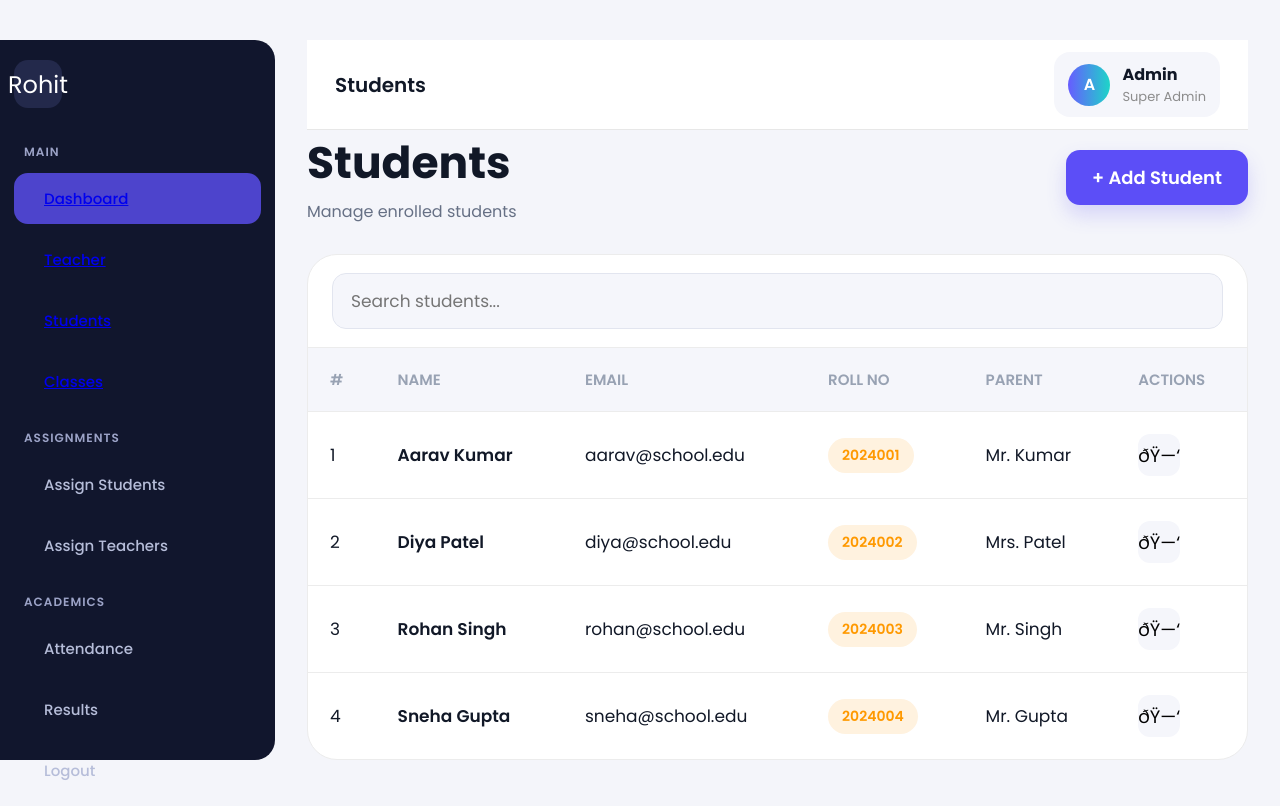
Repository: rohit-rk-07/school_management_system
Page: http://localhost/School_Management_System/student.jsp
These files come from the project's save history. The page is drawn as it stood at one moment and after the next save; the edit follows.
The browser window is 1280 px wide. The pictures show the whole page.
The page is served by Tomcat 10.

Above is the page before, as saved 2026-05-19 12:06:30.
Console error: TypeError: Cannot read properties of null (reading 'addEventListener')

After the next save:
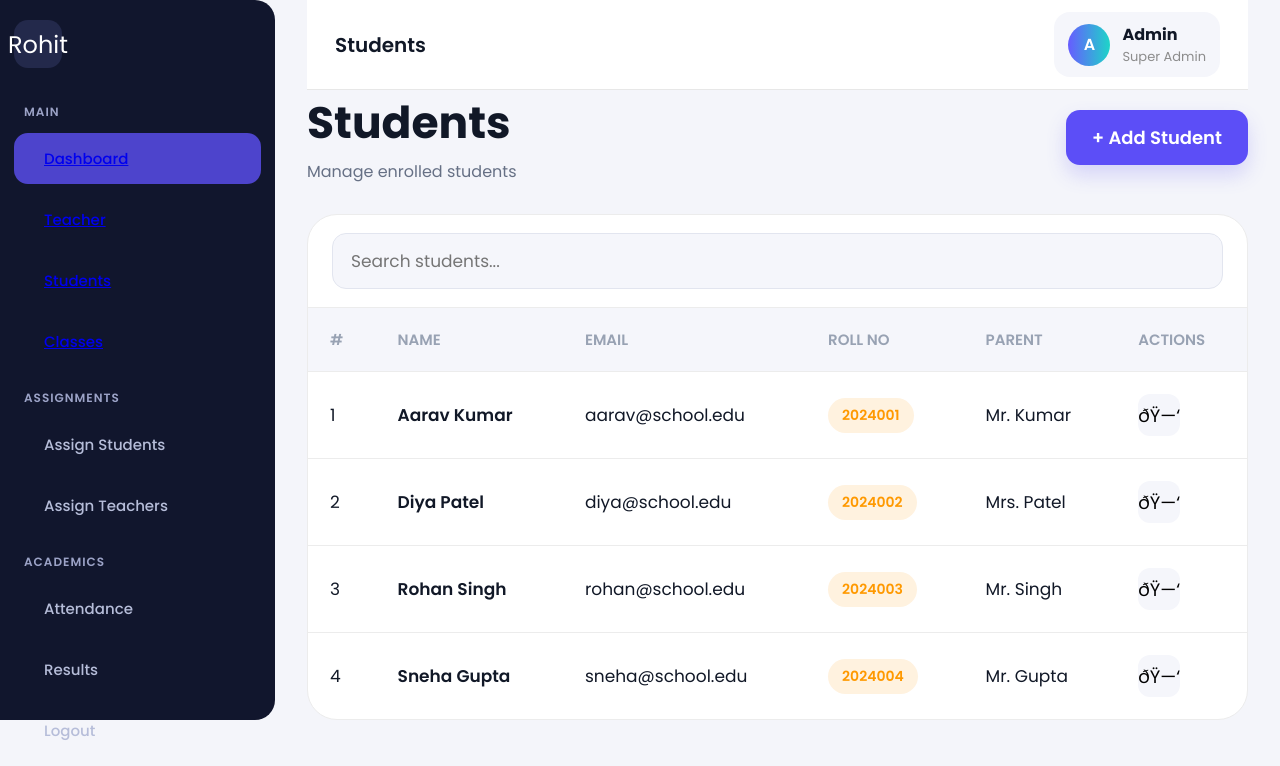
Saved 8 min 6 s later.
--- a/School_Management_System/src/main/webapp/student.jsp
+++ b/School_Management_System/src/main/webapp/student.jsp
@@ -81,7 +81,7 @@
         ========================== */
 
         .studentManagementPageContainer{
-            padding:40px 32px;
+            padding:0px 32px;
             width: 80%;
         }
 
